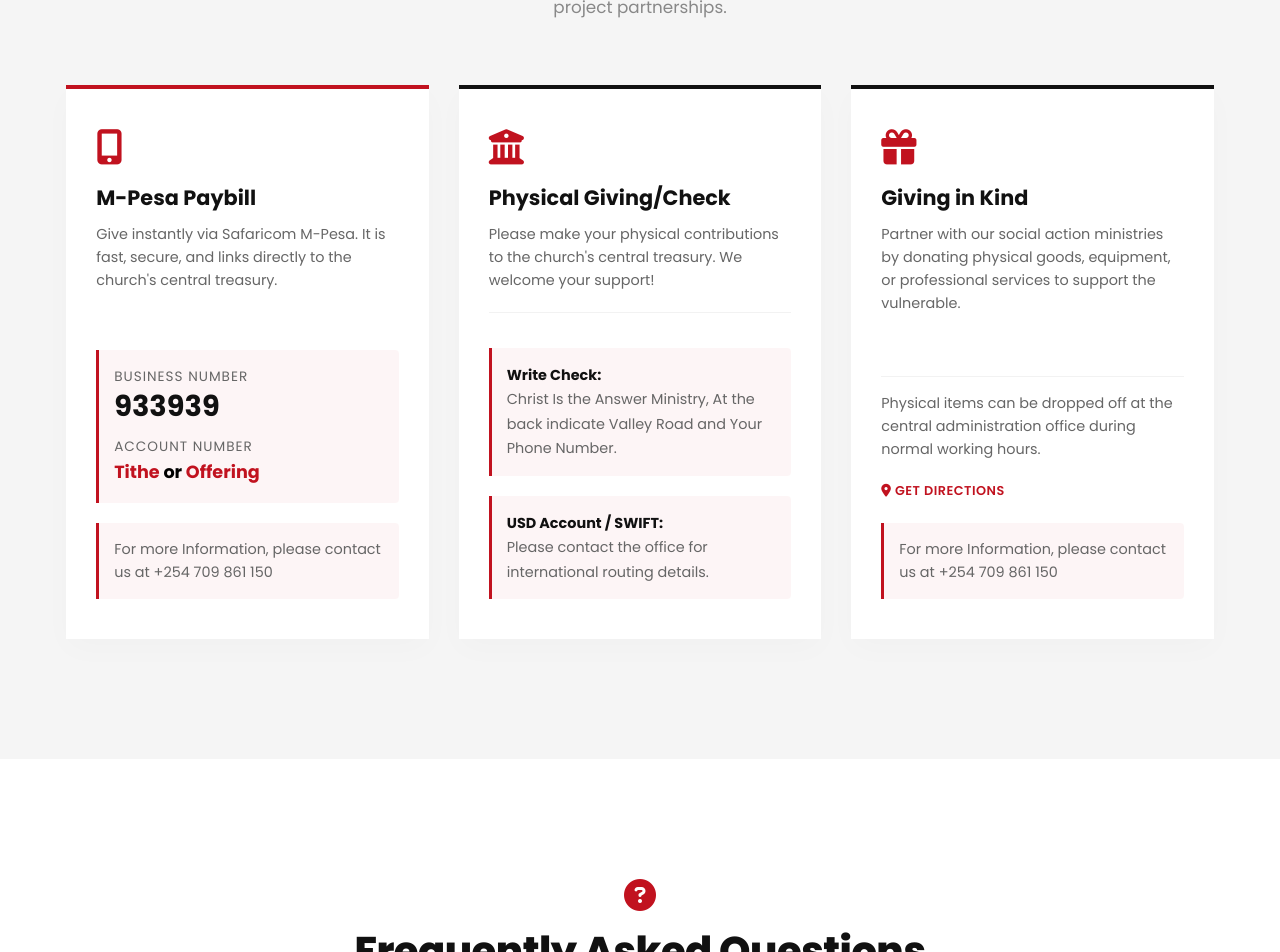
Repository: jereworks/CITAMVRD-Website
Page: give.html
The author's editor kept a copy of each file at every save. The page is drawn from the files as they stood at one save, then again after the next save.
The browser window is 1280 px wide. The pictures show the part of the page from y = 736 to 1688 px (the page is 2565 px tall).

Above is the page before, as saved 2026-06-12 07:32:43.

### give.html
<!DOCTYPE html>
<html lang="en">
<head>
    <meta charset="UTF-8">
    <meta name="viewport" content="width=device-width, initial-scale=1.0">
    <meta name="description" content="Support the ministry at CITAM Valley Road through your tithes, offerings, and partnership. Find our M-Pesa Paybill, Bank details, and other giving methods.">
    <title>Give & Partner | CITAM Valley Road</title>

    <link rel="preconnect" href="https://fonts.googleapis.com">
    <link rel="preconnect" href="https://fonts.gstatic.com" crossorigin>
    <link href="https://fonts.googleapis.com/css2?family=Poppins:wght@300;400;500;600;700;800&display=swap" rel="stylesheet">
    <link rel="stylesheet" href="https://cdnjs.cloudflare.com/ajax/libs/font-awesome/6.4.0/css/all.min.css">

    <link rel="stylesheet" href="css/style.css">
</head>
<body>

    <div class="top-bar">
        <div class="container top-bar-flex">
            <div class="top-info">
                <span><i class="fas fa-phone-alt"></i> +254 709 861 150</span>
                <span><i class="fas fa-envelope"></i> valleyroad@citam.org</span>
                <span><i class="fas fa-map-marker-alt"></i> 28 Valley Rd, Nairobi, Kenya</span>
            </div>
            <div class="top-social">
                <a href="https://www.facebook.com/citamvrdke" target="_blank" aria-label="Facebook"><i class="fab fa-facebook-f"></i></a>
                <a href="https://x.com/CitamVrdKE" aria-label="Twitter"><i class="fab fa-twitter"></i></a>
                <a href="https://www.instagram.com/citamvrdke/" aria-label="Instagram"><i class="fab fa-instagram"></i></a>
                <a href="https://www.youtube.com/@CITAMValleyRoadNPC" aria-label="YouTube"><i class="fab fa-youtube"></i></a>
            </div>
        </div>
    </div>

    <header class="header" id="header">
        <div class="container nav-container">

            <a href="index.html" class="logo" aria-label="CITAM Valley Road Home" style="display: flex; align-items: center; gap: 15px; text-decoration: none;">
                <img src="images/CITAMLOGO.svg" alt="CITAM Logo" style="height: 70px; width: auto; display: block;">

                <div style="display: flex; flex-direction: column; justify-content: center;">
                    <span style="font-size: 2.2rem; font-weight: 800; color: #ffffff; line-height: 0.85; letter-spacing: 2px;">
                        CITAM
                    </span>
                    <span style="font-size: 0.7rem; font-weight: 400; color: #ffffff; line-height: 1; margin-top: 6px; text-transform: uppercase; width: 100%; text-align-last: justify;">
                        Valley Road
                    </span>
                </div>
            </a>

            <nav class="nav-menu" id="nav-menu" aria-label="Main Navigation">
                <ul class="nav-list">
                    <li><a href="index.html">Home</a></li>
                    <li><a href="about.html">About Us</a></li>
                    <li><a href="ministries.html">Ministries</a></li>
                    <li><a href="sermons.html">Sermons</a></li>
                    <li><a href="events.html">Events</a></li>
                    <li><a href="gallery.html">Gallery</a></li>
                    <li><a href="contact.html">Contact</a></li>
                </ul>
            </nav>

            <div class="nav-actions">
                <a href="give.html" class="btn btn-primary btn-nav active">Give / Tithe</a>
                <button class="hamburger" id="hamburger" aria-expanded="false" aria-label="Toggle navigation menu">
                    <i class="fas fa-bars"></i>
                </button>
            </div>
        </div>
    </header>

    <section class="about-hero-banner" style="background: linear-gradient(rgba(17, 17, 17, 0.85), rgba(17, 17, 17, 0.85)), url('https://images.unsplash.com/photo-1529070538774-1843cb3265df?auto=format&fit=crop&w=1920&q=80') no-repeat center center/cover;">
        <div class="container text-center">
            <span class="hero-pre-tag animate-on-scroll reveal-up">Worship & Partner</span>
            <h1 class="animate-on-scroll reveal-up delay-1">Giving & Tithes</h1>
            <p class="hero-subtext animate-on-scroll reveal-up delay-2">Honoring God through our resources to advance the Kingdom, support our community, and impact the world.</p>
        </div>
    </section>

    <section class="section bg-light">
        <div class="container">
            <div class="text-center mb-4">
                <span class="section-subtitle text-primary">Secure Transfer Ecosystems</span>
                <h2 class="section-title">Ways to Give</h2>
                <p class="max-width-text">Select a convenient, secure method to channel your tithes, offerings, and special project partnerships.</p>
            </div>

            <div class="grid-3 mt-4">

                <div class="identity-box card-vision animate-on-scroll reveal-up" style="display: flex; flex-direction: column;">
                    <div style="overflow: visible;">
                        <i class="fas fa-mobile-alt icon-lead text-primary"></i>
                    </div>
                    <h3>M-Pesa Paybill</h3>
                    <p style="flex-grow: 1;">Give instantly via Safaricom M-Pesa. It is fast, secure, and links directly to the church's central treasury.</p>

                    <div style="background: rgba(193, 18, 31, 0.04); border-left: 3px solid var(--primary); padding: 15px; margin-top: 20px; border-radius: 0 4px 4px 0;">
                        <span style="display: block; font-size: 0.85rem; color: var(--text-muted); text-transform: uppercase; letter-spacing: 1px;">Business Number</span>
                        <strong style="display: block; font-size: 1.8rem; color: var(--dark); line-height: 1.2;">933939</strong>

                        <span style="display: block; font-size: 0.85rem; color: var(--text-muted); text-transform: uppercase; letter-spacing: 1px; margin-top: 12px;">Account Number</span>
                        <strong style="display: block; font-size: 1.1rem; color: var(--primary);">Tithe <span style="color: #000000;">or</span> Offering</strong>
                    </div>

                    <div style="background: rgba(193, 18, 31, 0.04); border-left: 3px solid var(--primary); padding: 15px; margin-top: 20px; border-radius: 0 4px 4px 0;">
                        <p style="flex-grow: 1;">For more Information, please contact us at +254 709 861 150</p>
                    </div>

                </div>

                <div class="identity-box animate-on-scroll reveal-up delay-1" style="display: flex; flex-direction: column;">
                    <div style="overflow: visible;">
                        <i class="fas fa-university icon-lead text-primary"></i>
                    </div>
                    <h3>Physical Giving/Check</h3>
                    <p style="flex-grow: 1;">Please make your physical contributions to the church's central treasury. We welcome your support!</p>

                    <div style="border-top: 1px solid rgba(0,0,0,0.05); padding-top: 15px; margin-top: 20px;">
                        <ul style="list-style: none; font-size: 0.9rem;">
                            <li style="background: rgba(193, 18, 31, 0.04); border-left: 3px solid var(--primary); padding: 15px; margin-top: 20px; border-radius: 0 4px 4px 0;">
                                <strong style="color: var(--dark); display: block;">Write Check:</strong>
                                Christ Is the Answer Ministry, At the back indicate Valley Road and Your Phone Number.
                            </li>

                            <li style="background: rgba(193, 18, 31, 0.04); border-left: 3px solid var(--primary); padding: 15px; margin-top: 20px; border-radius: 0 4px 4px 0;">
                                <strong style="color: var(--dark); display: block;">USD Account / SWIFT:</strong>
                                Please contact the office for international routing details.
                            </li>
                        </ul>
                    </div>
                </div>

                <div class="identity-box animate-on-scroll reveal-up delay-2" style="display: flex; flex-direction: column;">
                    <div style="overflow: visible;">
                        <i class="fas fa-gift icon-lead text-primary"></i>
                    </div>
                    <h3>Giving in Kind</h3>
                    <p style="flex-grow: 1;">Partner with our social action ministries by donating physical goods, equipment, or professional services to support the vulnerable.</p>

                    <div style="border-top: 1px solid rgba(0,0,0,0.05); padding-top: 15px; margin-top: 20px;">
                        <p style="font-size: 0.9rem; margin-bottom: 15px;">Physical items can be dropped off at the central administration office during normal working hours.</p>
                        <a href="contact.html" class="action-link" style="color: var(--primary);"><i class="fas fa-map-marker-alt"></i> Get Directions</a>
                    </div>

                    <div style="background: rgba(193, 18, 31, 0.04); border-left: 3px solid var(--primary); padding: 15px; margin-top: 20px; border-radius: 0 4px 4px 0;">
                        <p style="flex-grow: 1;">For more Information, please contact us at +254 709 861 150</p>
                    </div>

                </div>

            </div>
        </div>
    </section>

    <section class="section bg-white">
        <div class="container max-width-text">
            <div class="text-center mb-4">
                <i class="fas fa-question-circle text-primary" style="font-size: 2rem; margin-bottom: 15px;"></i>
                <h2 class="section-title">Frequently Asked Questions</h2>
            </div>

            <div class="accordion-container animate-on-scroll reveal-up">

                <div class="accordion-item">
                    <button class="accordion-header" aria-expanded="false">
                        <span>How do I designate my giving for a specific project?</span>
                        <i class="fas fa-plus text-primary transition-smooth"></i>
                    </button>
                    <div class="accordion-content">
                        <p style="padding: 15px 0;">When using M-Pesa, you can indicate the specific project name in the <strong>Account Number</strong> field (e.g., "Building Fund", "Missions", or "Welfare"). For Bank Transfers, please include the designation in your transfer reference notes.</p>
                    </div>
                </div>

                <div class="accordion-item">
                    <button class="accordion-header" aria-expanded="false">
                        <span>Can I set up recurring giving?</span>
                        <i class="fas fa-plus text-primary transition-smooth"></i>
                    </button>
                    <div class="accordion-content">
                        <p style="padding: 15px 0;">Yes. We highly encourage setting up a Standing Order with your bank. This automates your tithes and regular offerings, ensuring consistency. You can use the bank details provided above to set this up with your branch.</p>
                    </div>
                </div>

                <div class="accordion-item">
                    <button class="accordion-header" aria-expanded="false">
                        <span>Is my financial data secure?</span>
                        <i class="fas fa-plus text-primary transition-smooth"></i>
                    </button>
                    <div class="accordion-content">
                        <p style="padding: 15px 0;">Absolutely. All digital transactions are processed directly through Safaricom and our partnered commercial banks. CITAM Valley Road does not intercept, store, or process your direct banking passwords or PINs.</p>
                    </div>
                </div>

            </div>
        </div>
    </section>

    <footer class="footer">
        <div class="container grid-4">
            <div class="footer-col">
                <h3>CITAM<span>Valley Road</span></h3>
                <p>An assembly under Christ Is The Answer Ministries, established to know God and make Him known through practical discipleship structures.</p>
                <div class="social-links">
                    <a href="https://www.facebook.com/citamvrdke" target="_blank" rel="noopener noreferrer" aria-label="Facebook"><i class="fab fa-facebook-f"></i></a>
                    <a href="https://x.com/CitamVrdKE" target="_blank" rel="noopener noreferrer" aria-label="Twitter"><i class="fab fa-twitter"></i></a>
                    <a href="https://www.instagram.com/citamvrdke/" target="_blank" rel="noopener noreferrer" aria-label="Instagram"><i class="fab fa-instagram"></i></a>
                    <a href="https://www.youtube.com/@CITAMValleyRoadNPC" target="_blank" rel="noopener noreferrer" aria-label="YouTube"><i class="fab fa-youtube"></i></a>
                </div>
            </div>
            <div class="footer-col">
                <h4>Quick References</h4>
                <ul>
                    <li><a href="about.html">About Leadership</a></li>
                    <li><a href="ministries.html">Our Ministries</a></li>
                    <li><a href="sermons.html">Sermon Catalogue</a></li>
                    <li><a href="give.html">Give & Tithe</a></li>
                </ul>
            </div>
            <div class="footer-col">
                <h4>Weekly Services</h4>
                <ul>
                    <li>1st Service: Sun 8:30 AM</li>
                    <li>2nd Service: Sun 11:30 AM</li>
                    <li>Youth Assembly: Sun 8:30 AM</li>
                    <li>Tuesday Prayer: 6:00 PM</li>
                </ul>
            </div>
            <div class="footer-col">
                <h4>Central Office</h4>
                <ul>
                    <li><i class="fas fa-map-marker-alt"></i> 28 Valley Rd, Nairobi, Kenya</li>
                    <li><i class="fas fa-phone"></i> +254 709 861 150</li>
                    <li><i class="fas fa-envelope"></i> valleyroad@citam.org</li>
                </ul>
            </div>
        </div>
        <div class="footer-bottom text-center">
            <p>© 2026 CITAM Valley Road. Built for high-performance scale. All Rights Reserved.</p>
        </div>
    </footer>

    <script>
        document.addEventListener('DOMContentLoaded', () => {

            // 1. Sticky Header Intersection
            const header = document.getElementById('header');
            window.addEventListener('scroll', () => {
                if (window.scrollY > 50) {
                    header.classList.add('scrolled');
                } else {
                    header.classList.remove('scrolled');
                }
            });

            // 2. Mobile Nav Toggle
            const hamburger = document.getElementById('hamburger');
            const navMenu = document.getElementById('nav-menu');
            hamburger.addEventListener('click', () => {
                navMenu.classList.toggle('show');
                const isExpanded = hamburger.getAttribute('aria-expanded') === 'true';
                hamburger.setAttribute('aria-expanded', !isExpanded);
            });

            // 3. Cinematic Scroll Reveal via IntersectionObserver
            const observerOptions = {
                root: null,
                rootMargin: '0px',
                threshold: 0.15
            };

            const revealObserver = new IntersectionObserver((entries, observer) => {
                entries.forEach(entry => {
                    if (entry.isIntersecting) {
                        entry.target.classList.add('active');
                        observer.unobserve(entry.target);
                    }
                });
            }, observerOptions);

            const animatableElements = document.querySelectorAll('.animate-on-scroll');
            animatableElements.forEach(el => revealObserver.observe(el));

            // 4. Accordion Logic (Scalable UI Pattern)
            const accordionHeaders = document.querySelectorAll('.accordion-header');

            accordionHeaders.forEach(header => {
                header.addEventListener('click', function() {
                    const content = this.nextElementSibling;
                    const icon = this.querySelector('i');
                    const isOpen = content.style.maxHeight;

                    // Close all other accordions
                    document.querySelectorAll('.accordion-content').forEach(item => {
                        item.style.maxHeight = null;
                    });
                    document.querySelectorAll('.accordion-header i').forEach(item => {
                        item.classList.remove('fa-minus');
                        item.classList.add('fa-plus');
                    });
                    document.querySelectorAll('.accordion-header').forEach(item => {
                        item.setAttribute('aria-expanded', 'false');
                    });

                    // Open clicked if it was closed
                    if (!isOpen) {
                        content.style.maxHeight = content.scrollHeight + "px";
                        icon.classList.remove('fa-plus');
                        icon.classList.add('fa-minus');
                        this.setAttribute('aria-expanded', 'true');
                    }
                });
            });
        });
    </script>
</body>
</html>

Loaded but not shown: css/style.css (1641 lines, source omitted)

After the next save:
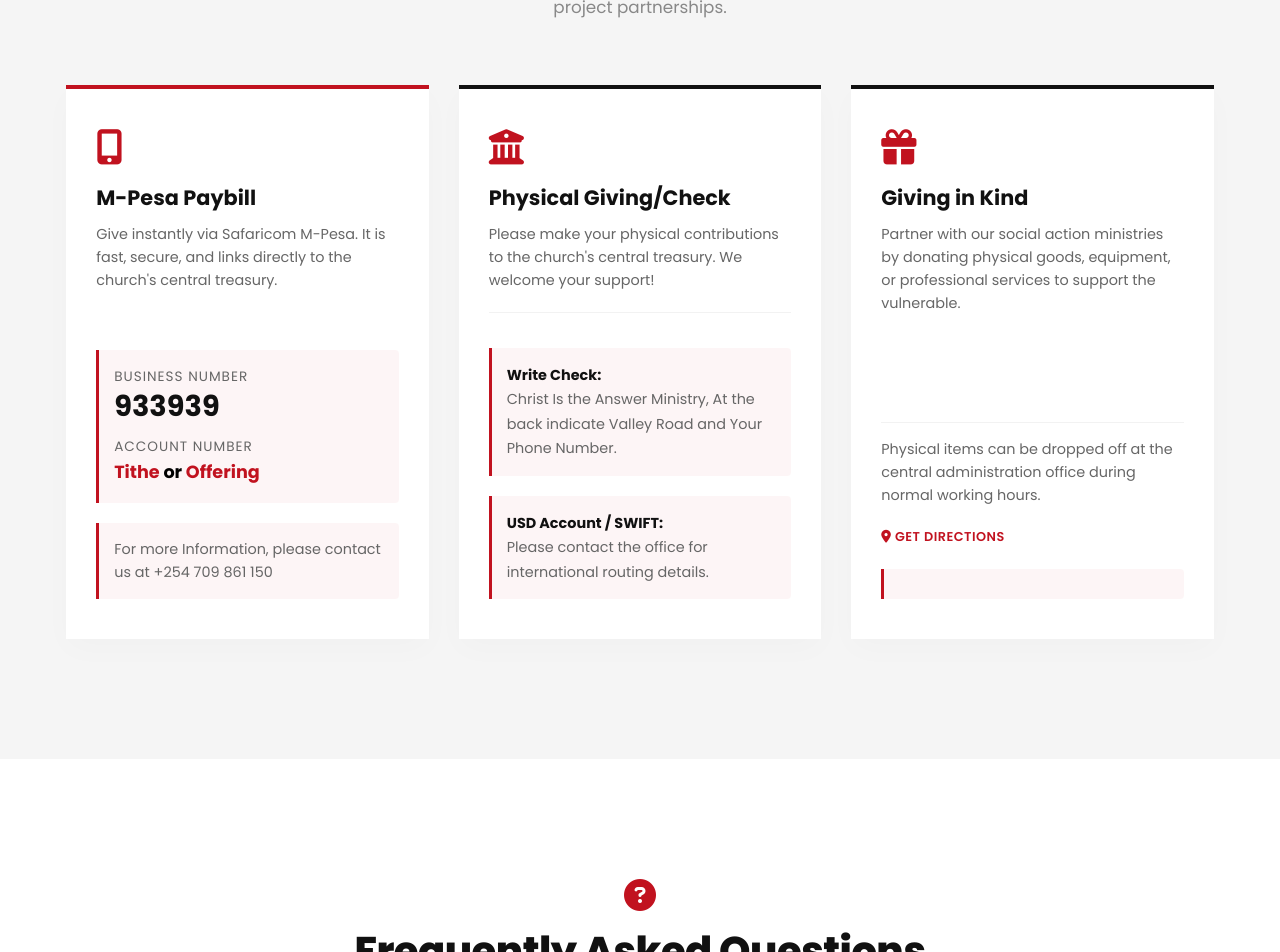
Saved 12 s later.
--- a/give.html
+++ b/give.html
@@ -142,7 +142,7 @@
                     </div>
 
                     <div style="background: rgba(193, 18, 31, 0.04); border-left: 3px solid var(--primary); padding: 15px; margin-top: 20px; border-radius: 0 4px 4px 0;">
-                        <p style="flex-grow: 1;">For more Information, please contact us at +254 709 861 150</p>
+
                     </div>
 
                 </div>
